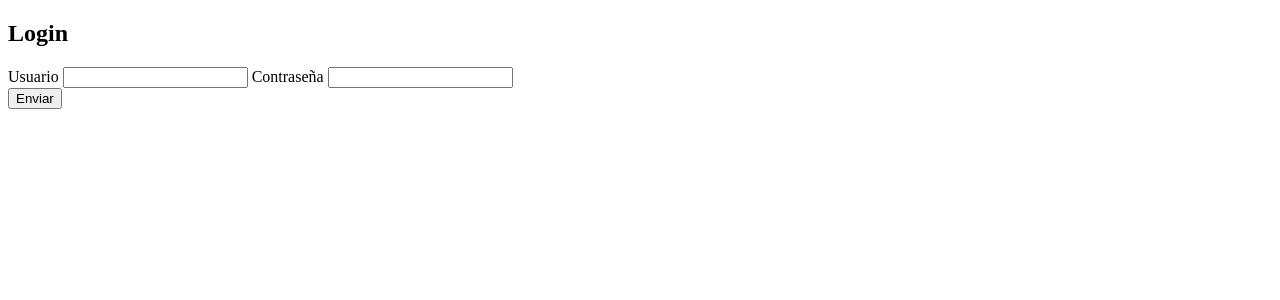
Repository: felipeverdugo/Java-y-Aplicaciones-Avanzadas-sobre-Internet
Page: work/Practica1Web40/src/main/webapp/login.html
These files come from the project's save history. The page is drawn as it stood at one moment and after the next save; the edit follows.
The browser window is 1280 px wide. The pictures show the whole page.

Above is the page before, as saved 2024-03-20 12:25:04.

### work/Practica1Web40/src/main/webapp/login.html
<!DOCTYPE html>
<html>
<head>
<meta charset="ISO-8859-1">
<title>Login</title>
</head>
<body>
    <h2>Login</h2>
    <form action="LoginUsr" method="post">
        <label for="nombre">Usuario</label>
        <input type="text" id="nombre" name="nombre" required>
        <label for="nombre">Contraseña</label>
        <input type="text" id="nombre" name="nombre" required>
        <br>
        <input type="submit" value="Enviar">
    </form>
</body>
</html>

After the next save:
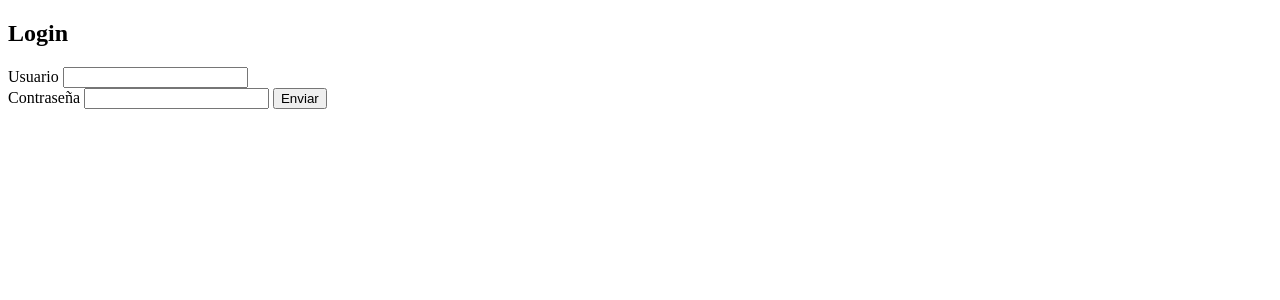
Saved 27 s later.
--- a/work/Practica1Web40/src/main/webapp/login.html
+++ b/work/Practica1Web40/src/main/webapp/login.html
@@ -9,9 +9,10 @@
     <form action="LoginUsr" method="post">
         <label for="nombre">Usuario</label>
         <input type="text" id="nombre" name="nombre" required>
+        <br>
         <label for="nombre">Contraseña</label>
         <input type="text" id="nombre" name="nombre" required>
-        <br>
+
         <input type="submit" value="Enviar">
     </form>
 </body>
